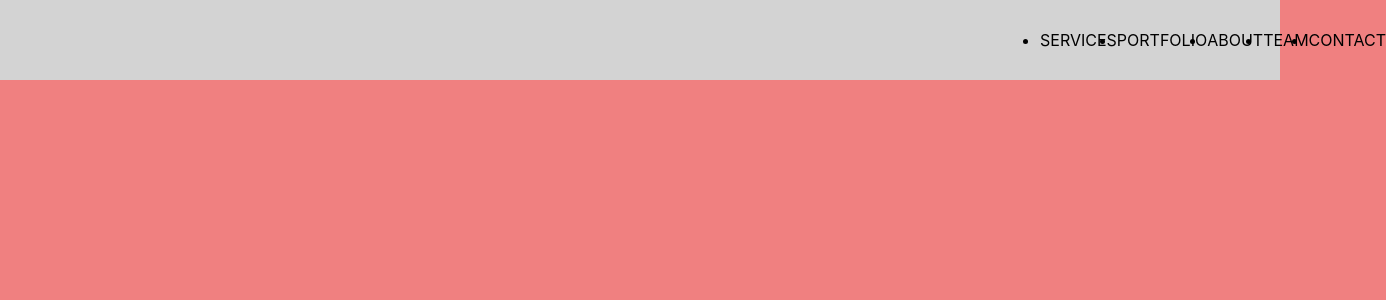
Repository: ooter37/media-queries-afternoon
Page: / (app in portfolio-clone/)
These files come from the project's save history. The page is drawn as it stood at one moment and after the next save; the edit follows.
The browser window is 1280 px wide. The page is 1386 px wide, then 1280 px, so the pictures cover 1386 px, including what lies to the right of the window. The pictures show the whole page.
The project was rebuilt for these pictures with package versions that can differ from the ones it lists, and the page was loaded fresh each time.

Above is the page before, as saved 2020-04-13 13:30:54.

### portfolio-clone/src/App.js
import React from 'react';
import './App.css';
import Banner from './Components/Banner'

function App() {
  return (
    <div className="App">
      <Banner />
    </div>
  );
}

export default App;

### portfolio-clone/src/App.css
body {
  width: 100vw;
  background-color: lightcoral;
}

.header {
  width: 100%;
  height: 80px;
  background-color: lightgrey;
  display: flex;
}

.navbar {
  height: 100%;
  width: 100%;
  display: flex;
  align-items: center;
}

.buttons {
  width: 500px;
	display: flex;
	flex-direction: row;
	justify-content: space-between;
  align-items: center;
  margin-left: 1000px;
}

### portfolio-clone/src/Components/Banner.js
import React from 'react'



export default class Banner extends React.Component {
    constructor() {
        super()

    }
    render() {
        return (
            <header className='header'>
                <nav className='navbar'>
                    <ul className='buttons'>
                        <li>
                            <div>SERVICES</div>
                        </li>
                        <li>
                            <div>PORTFOLIO</div>
                        </li>
                        <li>
                            <div>ABOUT</div>
                        </li>
                        <li>
                            <div>TEAM</div>
                        </li>
                        <li>
                            <div>CONTACT</div>
                        </li>
                    </ul>
                </nav>
            </header>
        )
    }
}

Loaded but not shown: portfolio-clone/public/index.html (common file); portfolio-clone/src/index.js (common file); portfolio-clone/src/index.css (common file); portfolio-clone/src/serviceWorker.js (common file)

After the next save:
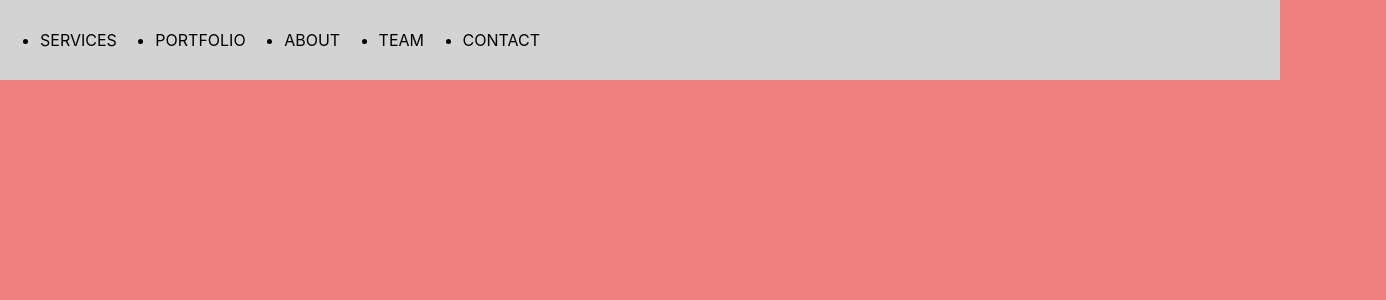
Saved 9 s later.
--- a/portfolio-clone/src/App.css
+++ b/portfolio-clone/src/App.css
@@ -23,5 +23,5 @@ body {
 	flex-direction: row;
 	justify-content: space-between;
   align-items: center;
-  margin-left: 1000px;
+  margin-right: 10px;
 }
